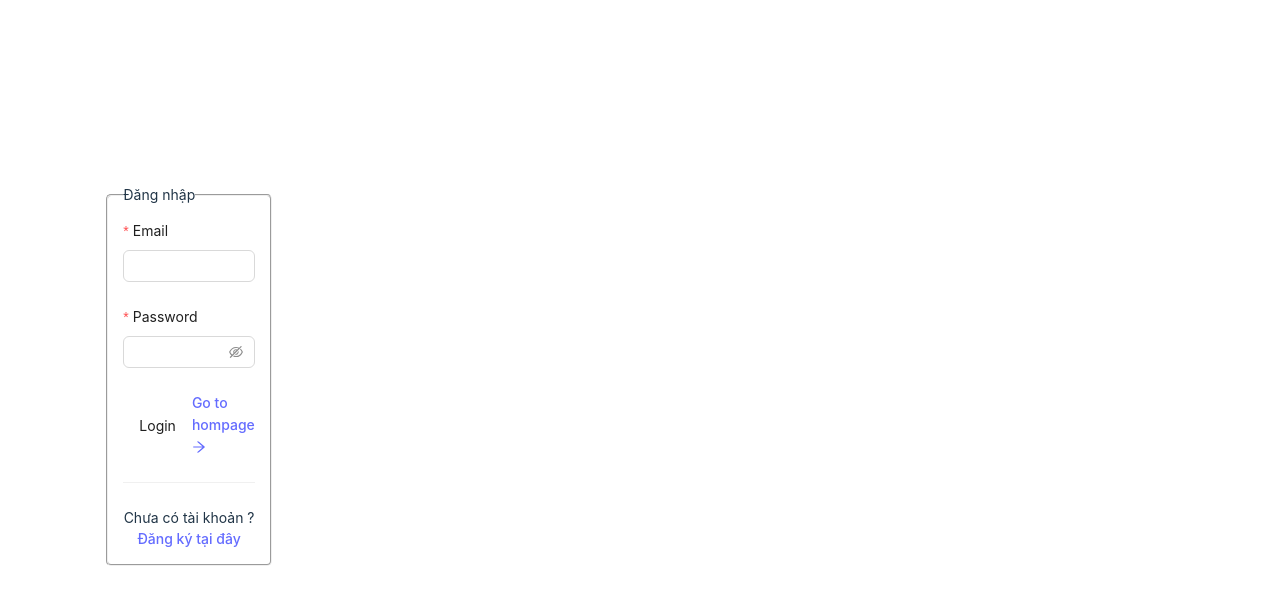
Repository: hoangcode204/react-ultimate-frontend
Page: /login
These files come from the project's save history. The page is drawn as it stood at one moment and after the next save; the edit follows.
The browser window is 1280 px wide. The pictures show the whole page.
The project was rebuilt for these pictures with package versions that can differ from the ones it lists, and the page was loaded fresh each time. Also part of the build but not shown: vite.config.js, src/App.css, src/components/layout/header.jsx, src/components/layout/footer.css, src/components/layout/footer.jsx, src/App.jsx, src/pages/register.jsx, src/components/user/user.form.jsx and 10 more.

Above is the page before, as saved 2024-12-08 22:05:08.

After the next save:
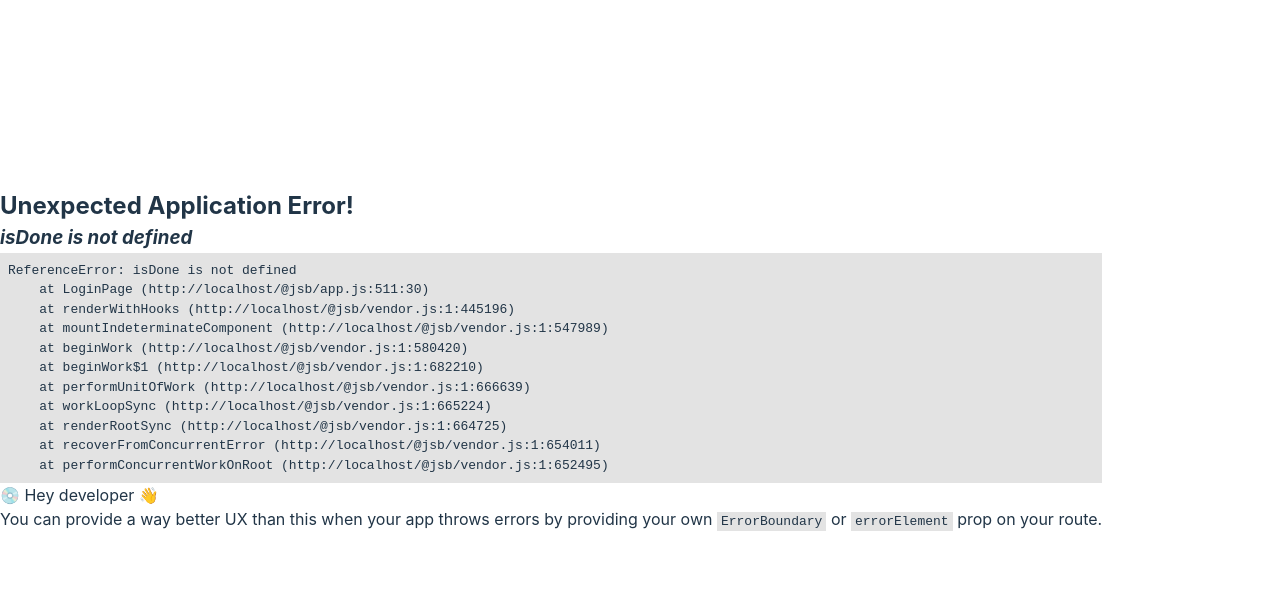
Console error: ReferenceError: isDone is not defined
Saved 35 s later.
--- a/src/pages/login.jsx
+++ b/src/pages/login.jsx
@@ -5,7 +5,7 @@
 import { useState } from "react";
 const LoginPage = () => {
   const [form] = Form.useForm();
-  const [isDone,setIsDone]=useState(false);
+  const [loading,setLoading]=useState(false);
   const onFinish =  async (values) => {
     setIsDone(true)
     const res=await loginAPI(values.email,values.password)

After the 3 saves that followed:
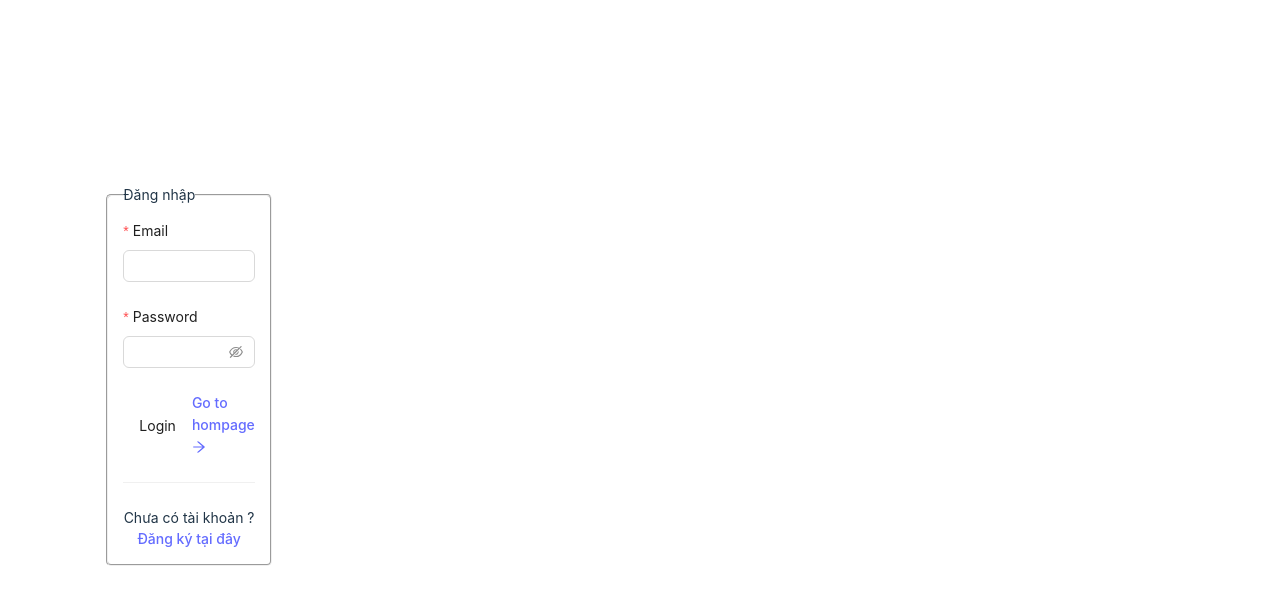
The error is gone.
The 3 saves are shown as one change because 1 left the picture as it was and some came seconds apart.
The last was saved 28 s later.
--- a/src/pages/login.jsx
+++ b/src/pages/login.jsx
@@ -7,7 +7,7 @@
   const [form] = Form.useForm();
   const [loading,setLoading]=useState(false);
   const onFinish =  async (values) => {
-    setIsDone(true)
+    setLoading(true)
     const res=await loginAPI(values.email,values.password)
     if(res.data){
         message.success("Đăng nhập thành công")
@@ -67,7 +67,7 @@
                     alignItems: "center",
                   }}>
                   <Button
-                  loading={isDone}
+                  loading={loading}
                   type="primary " onClick={() => form.submit()}>
                     Login
                   </Button>
